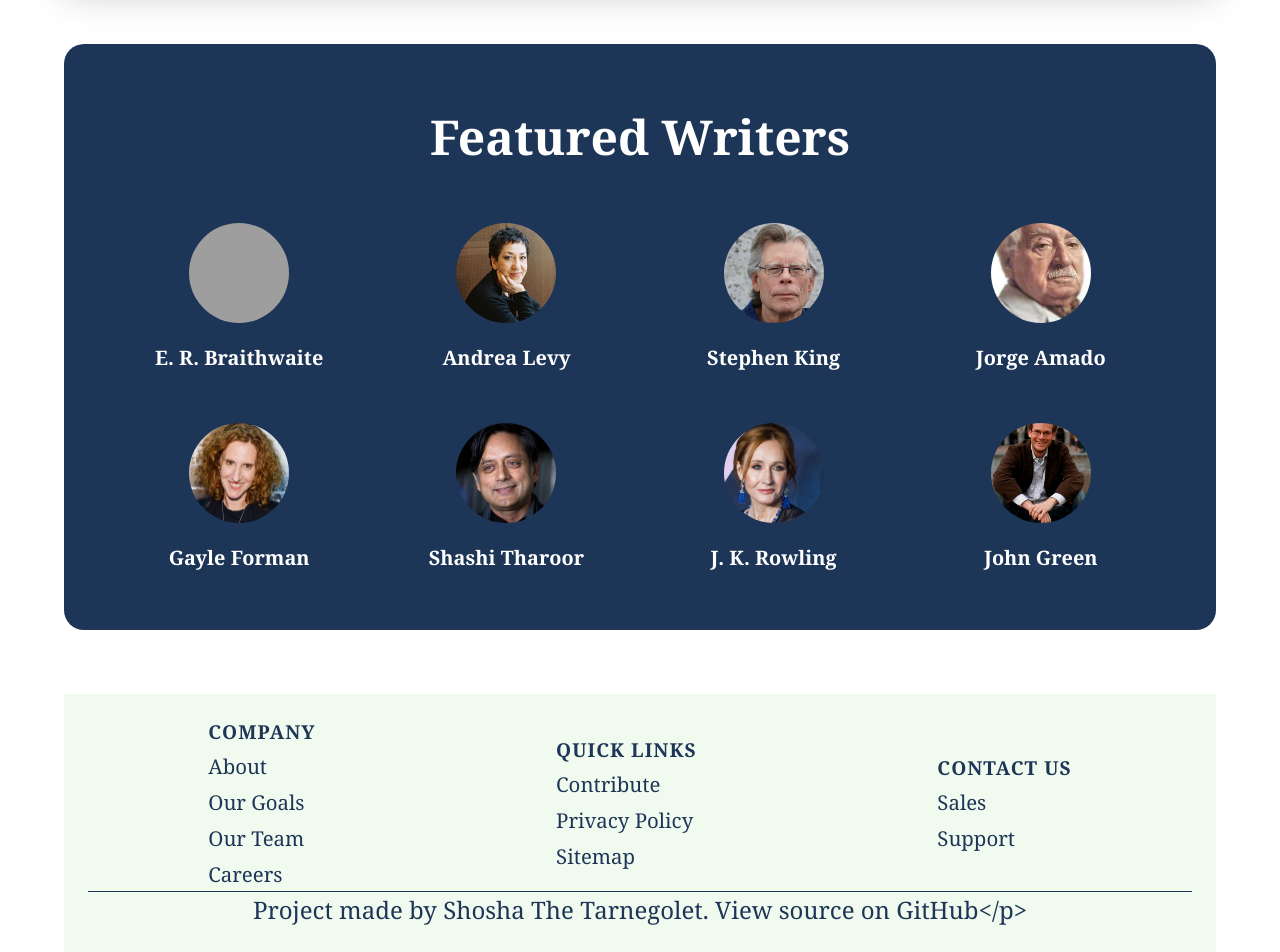
Repository: ShoshaTheTarnegolet/landing-page
Page: index.html
The author's editor kept a copy of each file at every save. The page is drawn from the files as they stood at one save, then again after a run of saves.
The browser window is 1280 px wide. The pictures show the part of the page from y = 3209 to 4161 px (the page is 4161 px tall).
Pictures or frames that could not be fetched are drawn as grey boxes. A picture or video elsewhere on the page could not be fetched, so the positions and the page height are approximate. Some web libraries are served in a nearby version.

Above is the page before, as saved 2021-12-30 14:47:21.

### index.html
<!DOCTYPE html>
<html lang="en">
  <head>
    <meta charset="UTF-8" />
    <meta http-equiv="X-UA-Compatible" content="IE=edge" />
    <meta name="viewport" content="width=device-width, initial-scale=1.0" />
    <script src="https://kit.fontawesome.com/d8ab0e903f.js"></script>
    <link rel="stylesheet" href="./style.css" />

    <title>BookPad. Home of books and podcasts</title>
  </head>
  <body>

    <div class="container">
      <!-- header -->
      <header>
        <!-- navbar -->
        <nav class="navbar">
          <div class="nav-logo"><h1 class="logo">BookPod</h1></div>

          <!-- hamburger -->
          <button id="nav-button" class="navbar-toggler" type="button" data-bs-toggle="collapse" aria-expanded="false" aria-label="Toggle navigation">
            <svg class="nav-ham" viewBox="0 0 100 100" width="50" onclick="this.classList.toggle('active')">
              <path class="nav-ham-line top" d="m 30,33 h 40 c 0,0 9.044436,-0.654587 9.044436,-8.508902 0,-7.854315 -8.024349,-11.958003 -14.89975,-10.85914 -6.875401,1.098863 -13.637059,4.171617 -13.637059,16.368042 v 40" />
              <path class="nav-ham-line middle" d="m 30,50 h 40" />
              <path class="nav-ham-line bottom" d="m 30,67 h 40 c 12.796276,0 15.357889,-11.717785 15.357889,-26.851538 0,-15.133752 -4.786586,-27.274118 -16.667516,-27.274118 -11.88093,0 -18.499247,6.994427 -18.435284,17.125656 l 0.252538,40" />
            </svg>
          </button>
<!-- nav-links -->
          <ul class="nav-links" id="links">
            <li><a href="#">Home</a></li>
            <li><a href="#">Categories</a></li>
            <li><a href="#">Podcasts</a></li>
          </ul>
<!-- search -->
          <div class="search" id="search">
            <input name="search" placeholder="Search..." type="search" />
          </div>
        </nav>
      </header>

      <!-- hero section-->
      <section class="hero">
        <h1 class="hero-title">BookPod</h1>
        <p>Home of <span>100,000+</span> books and podcasts</p>
        <p>Get the latest book and listen to the latest podcasts all in one place</p>
        <a href="#" class="hero-btn">Get Started</a>
      </section>

      <!-- about section -->
      <section id="about" class="block about-block">
          <div class="row">
<!-- image block -->
            <div class="about-image-block">
              <div class="row">
                <div class="col-6">
                  <div class="block-animate-image image-right">
                    <img src="  https://images.unsplash.com/photo-1518281579100-d51bcf505b0e?ixlib=rb-1.2.1&ixid=MnwxMjA3fDB8MHxwaG90by1wYWdlfHx8fGVufDB8fHx8&auto=format&fit=crop&w=687&q=80" alt="books picture" class=" about-block-image" />
                  </div>
                </div>

                <div class="col-6">
                  <div class="block-animate-image image-left">
                    <img src="https://images.unsplash.com/photo-1513001900722-370f803f498d?ixlib=rb-1.2.1&ixid=MnwxMjA3fDB8MHxwaG90by1wYWdlfHx8fGVufDB8fHx8&auto=format&fit=crop&w=687&q=80" alt="books picture" class=" about-block-image" />
                  </div>
                </div>
              </div>
            </div>
<!-- about text block -->
            <div class="about-text-block">
              <h2 class="about-header">Our goals</h2>
              <p>BookPod team want our unique collections of books and podcasts to be available when, where and how users need them.
                We make
               One of our goals is to inspire learning, research and discovery by bringing together knowledge, information and people. And make it free for evryone.
               We  want you to be able not only to read the books, but also to hear the authors of these books.</p>
            </div>
          </div>
      </section>

<!-- quote section -->
      <section  id="quote">
          <h2 class="about-header">Quote of the day</h2>
         <div class="quote-block block-quote-animate">
            <h2 class="quote-text">“We’re all like children, Rikke. The older you get, the more you realise the grown-ups won’t suddenly walk in and set things right. You want things right, you have to put ’em right yourself.”</h2>
            <h3 class="quote-author">Joe Abercrombie</h3>
         </div>
      </section>

      <!-- podcasts section -->
      <section id='podcasts'>
        <h2 class="about-header">Popular Podcasts</h2>
        <div class="row-podcasts">
          <!-- card1 -->
          <div class="card" id="card1">
            <div class="card-block">
              <a href="#" class='card-link'>
              <div class="card-header">
                <ul class="card-link-icons">
                  <li>
                    <a href="#" class="fa fa-bookmark-o"></a>
                  </li>
                  <li><a href="#" class="fa fa-heart-o"><span>28</span></a></li>
                  <li><a href="#" class="fa fa-comment-o"><span>5</span></a></li>
                </ul>
                <div class="card-time-block">
                  <svg class="card-clock"  viewBox="0 0 24 24"><path d="M12,20A7,7 0 0,1 5,13A7,7 0 0,1 12,6A7,7 0 0,1 19,13A7,7 0 0,1 12,20M19.03,7.39L20.45,5.97C20,5.46 19.55,5 19.04,4.56L17.62,6C16.07,4.74 14.12,4 12,4A9,9 0 0,0 3,13A9,9 0 0,0 12,22C17,22 21,17.97 21,13C21,10.88 20.26,8.93 19.03,7.39M11,14H13V8H11M15,1H9V3H15V1Z" />
                  </svg><span class="card-time">29 min</span>
                </div>
              </div>
              <div class="card-content">
                <div class="hidden-content">
                  <div class="date">
                    <span class="day">22</span>
                    <span class="month">Dec</span>
                    <span class="year">2021</span>
                  </div>
                  <h5 class="card-title">Funny mistakes in translations of religious books</h5>
                </div>
              </div>
            </a>
            </div>
          </div>
 <!-- card2 -->
          <div class="card" id="card2">
            <div class="card-block">
              <a href="#" class='card-link'>
              <div class="card-header">
                <ul class="card-link-icons">
                  <li>
                    <a href="#" class="fa fa-bookmark-o"></a>
                  </li>
                  <li><a href="#" class="fa fa-heart-o"><span>7</span></a></li>
                  <li><a href="#" class="fa fa-comment-o"><span></span></a></li>
                </ul>
                <div class="card-time-block">
                  <svg class="card-clock"  viewBox="0 0 24 24"><path d="M12,20A7,7 0 0,1 5,13A7,7 0 0,1 12,6A7,7 0 0,1 19,13A7,7 0 0,1 12,20M19.03,7.39L20.45,5.97C20,5.46 19.55,5 19.04,4.56L17.62,6C16.07,4.74 14.12,4 12,4A9,9 0 0,0 3,13A9,9 0 0,0 12,22C17,22 21,17.97 21,13C21,10.88 20.26,8.93 19.03,7.39M11,14H13V8H11M15,1H9V3H15V1Z" />
                  </svg><span class="card-time">10 min</span>
                </div>
              </div>
              <div class="card-content">
                <div class="hidden-content">
                  <div class="date">
                    <span class="day">12</span>
                    <span class="month">Dec</span>
                    <span class="year">2021</span>
                  </div>
                  <h5 class="card-title">Hygge. I tried it, I liked it</h5>
                </div>
              </div>
            </a>
            </div>
          </div>
 <!-- card3 -->
          <div class="card " id="card3">
            <div class="card-block">
              <a href="#" class='card-link'>
              <div class="card-header">
                <ul class="card-link-icons">
                  <li>
                    <a href="#" class="fa fa-bookmark-o"></a>
                  </li>
                  <li><a href="#" class="fa fa-heart-o"><span>1</span></a></li>
                  <li><a href="#" class="fa fa-comment-o"><span>56</span></a></li>
                </ul>
                <div class="card-time-block">
                  <svg class="card-clock"  viewBox="0 0 24 24"><path d="M12,20A7,7 0 0,1 5,13A7,7 0 0,1 12,6A7,7 0 0,1 19,13A7,7 0 0,1 12,20M19.03,7.39L20.45,5.97C20,5.46 19.55,5 19.04,4.56L17.62,6C16.07,4.74 14.12,4 12,4A9,9 0 0,0 3,13A9,9 0 0,0 12,22C17,22 21,17.97 21,13C21,10.88 20.26,8.93 19.03,7.39M11,14H13V8H11M15,1H9V3H15V1Z" />
                  </svg><span class="card-time">30 min</span>
                </div>
              </div>
              <div class="card-content">
                <div class="hidden-content">
                  <div class="date">
                    <span class="day">31</span>
                    <span class="month">Dec</span>
                    <span class="year">2021</span>
                  </div>
                  <h5 class="card-title">Who the fuck is Ray Bradbury?</h5>
                </div>
              </div>
            </a>
            </div>
          </div>
           <!-- card4 -->
          <div class="card" id="card4">
            <div class="card-block">
              <a href="#" class='card-link'>
              <div class="card-header">
                <ul class="card-link-icons">
                  <li>
                    <a href="#" class="fa fa-bookmark-o"></a>
                  </li>
                  <li><a href="#" class="fa fa-heart-o"><span>17</span></a></li>
                  <li><a href="#" class="fa fa-comment-o"><span>16</span></a></li>
                </ul>
                <div class="card-time-block">
                  <svg class="card-clock"  viewBox="0 0 24 24"><path d="M12,20A7,7 0 0,1 5,13A7,7 0 0,1 12,6A7,7 0 0,1 19,13A7,7 0 0,1 12,20M19.03,7.39L20.45,5.97C20,5.46 19.55,5 19.04,4.56L17.62,6C16.07,4.74 14.12,4 12,4A9,9 0 0,0 3,13A9,9 0 0,0 12,22C17,22 21,17.97 21,13C21,10.88 20.26,8.93 19.03,7.39M11,14H13V8H11M15,1H9V3H15V1Z" />
                  </svg><span class="card-time">26 min</span>
                </div>
              </div>
              <div class="card-content">
                <div class="hidden-content">
                  <div class="date">
                    <span class="day">26</span>
                    <span class="month">Dec</span>
                    <span class="year">2021</span>
                  </div>
                  <h5 class="card-title">Why are we tired of libraries?</h5>
                </div>
              </div>
            </a>
            </div>
          </div>
      </section>

      <!-- authors section -->
      <section class="authors" id="authors">
        <div class="authors-container">
          <h3>Featured Writers</h3>
          <div class="authors-block">
            <div class="author-content">
              <div class="author-image"><img src="./img/braithwaite.jpg" alt="" class="author-img" /></div>
              <h5 class="author-name">E. R. Braithwaite</h5>
            </div>

            <div class="author-content">
              <div class="author-image"><img src="./img/levy.jpg" alt="" class="author-img" /></div>
              <h5 class="author-name">Andrea Levy</h5>
            </div>

            <div class="author-content">
              <div class="author-image"><img src="./img/king.jpg" alt="" class="author-img" /></div>
              <h5 class="author-name">Stephen King</h5>
            </div>

            <div class="author-content">
              <div class="author-image"><img src="./img/Jorge_Amado.jpg" alt="" class="author-img" /></div>
              <h5 class="author-name">Jorge Amado</h5>
            </div>

            <div class="author-content">
              <div class="author-image"><img src="./img/gayle.jpg" alt="" class="author-img" /></div>
              <h5 class="author-name">Gayle Forman</h5>
            </div>
            <div class="author-content">
              <div class="author-image"><img src="./img/shashi-tharoor-4.jpg" alt="" class="author-img" /></div>
              <h5 class="author-name">Shashi Tharoor</h5>
            </div>
            <div class="author-content">
              <div class="author-image"><img src="./img/rowling.jpg" alt="" class="author-img" /></div>
              <h5 class="author-name">J. K. Rowling</h5>
            </div>
            <div class="author-content">
              <div class="author-image"><img src="./img/green.jpg" alt="" class="author-img" /></div>
              <h5 class="author-name">John Green</h5>
            </div>
          </div>
        </div>
      </section>
    </div>

    <!-- Site footer -->

    <footer class="footer">
      <div class="footer-container">
        <nav class="footer-nav">
          <div>
            <h3 class="footer-title">Company</h3>
            <ul>
              <li><a class="footer-link" href="#">About</a></li>
              <li><a class="footer-link" href="#">Our Goals</a></li>
              <li><a class="footer-link" href="#">Our Team</a></li>
              <li><a class="footer-link" href="#">Careers</a></li>
            </ul>
          </div>
          <div>
            <h3 class="footer-title">Quick Links</h3>
            <ul>
              <li><a class="footer-link" href="#">Contribute</a></li>

              <li><a class="footer-link" href="#">Privacy Policy</a></li>
              <li><a class="footer-link" href="#">Sitemap</a></li>
            </ul>
          </div>

          <div>
            <h3 class="footer-title">Contact Us</h3>
            <ul>
              <li><a class="footer-link" href="#">Sales</a></li>
              <li><a class="footer-link" href="#">Support</a></li>
            </ul>
          </div>
        </nav>
      </div>
      <div class="copyright">
        <p>   Project made by Shosha The Tarnegolet. View source on <a >GitHub<</di>/p>
            </div>
      </footer>
    <script src="./app.js"></script>
  </body>
</html>

Loaded but not shown: app.js (57 lines, source omitted); style.css (926 lines, source omitted)

After the next 2 saves:
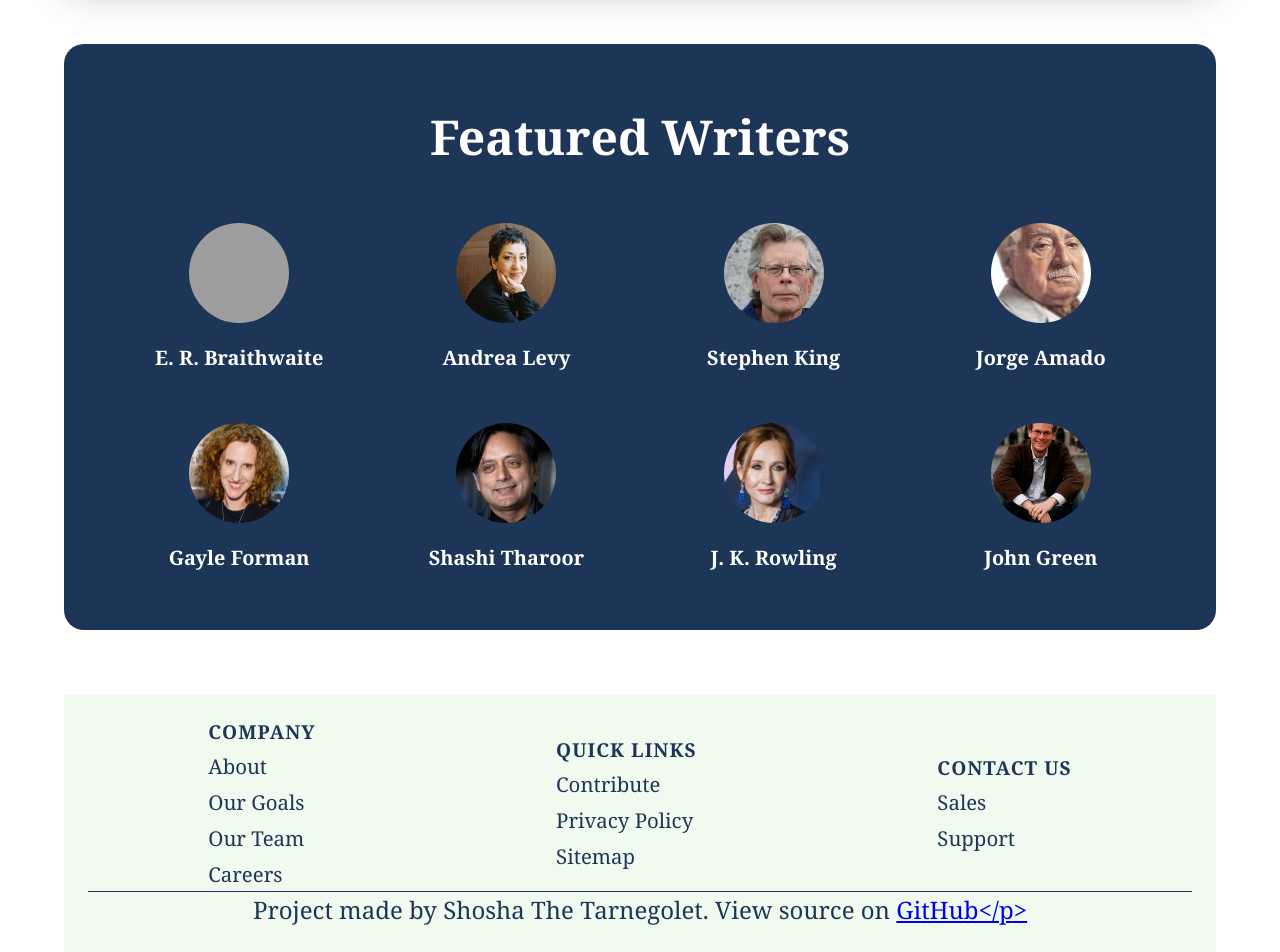
The 2 saves are shown as one change because they came seconds apart.
The last was saved 6 s later.
--- a/index.html
+++ b/index.html
@@ -292,7 +292,7 @@
         </nav>
       </div>
       <div class="copyright">
-        <p>   Project made by Shosha The Tarnegolet. View source on <a >GitHub<</di>/p>
+        <p>   Project made by Shosha The Tarnegolet. View source on <a href="https://github.com/ShoshaTheTarnegolet/landing-page/">GitHub<</di>/p>
             </div>
       </footer>
     <script src="./app.js"></script>
